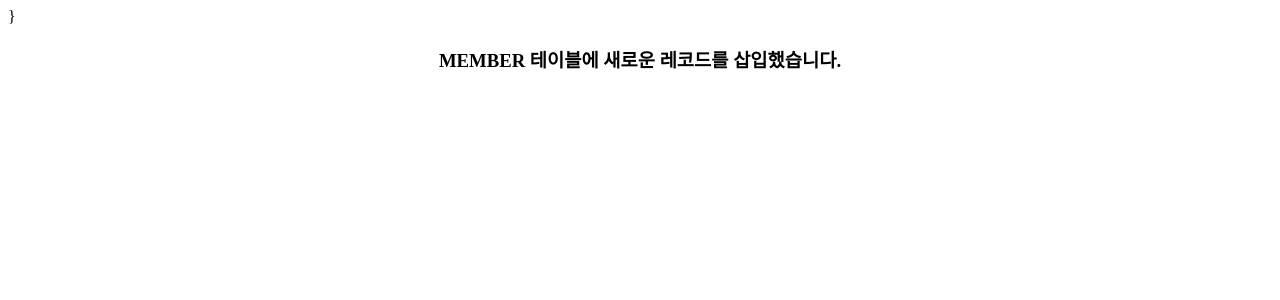
Repository: teeeeeeemo/workspace_jsp
Page: http://localhost/chap14/insert/insert.jsp
These files come from the project's save history. The page is drawn as it stood at one moment and after the next save; the edit follows.
The browser window is 1280 px wide. The pictures show the whole page.
The page is served by Tomcat 9. Nobody is signed in. The application's start-up code is not run.

Above is the page before, as saved 2017-01-12 14:30:17.

After the next save:
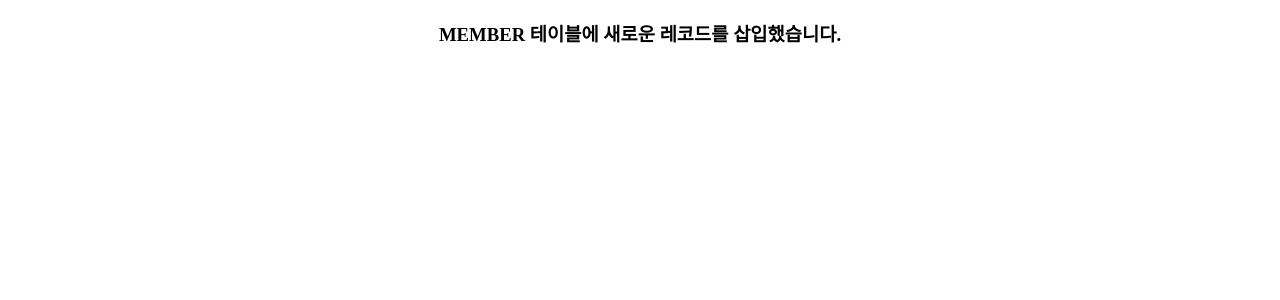
Saved 61 s later.
--- a/chap14/WebContent/insert/insert.jsp
+++ b/chap14/WebContent/insert/insert.jsp
@@ -39,7 +39,6 @@
 	}
 
 	%>
-	}
 
 <!DOCTYPE html PUBLIC "-//W3C//DTD HTML 4.01 Transitional//EN" "http://www.w3.org/TR/html4/loose.dtd">
 <html>
